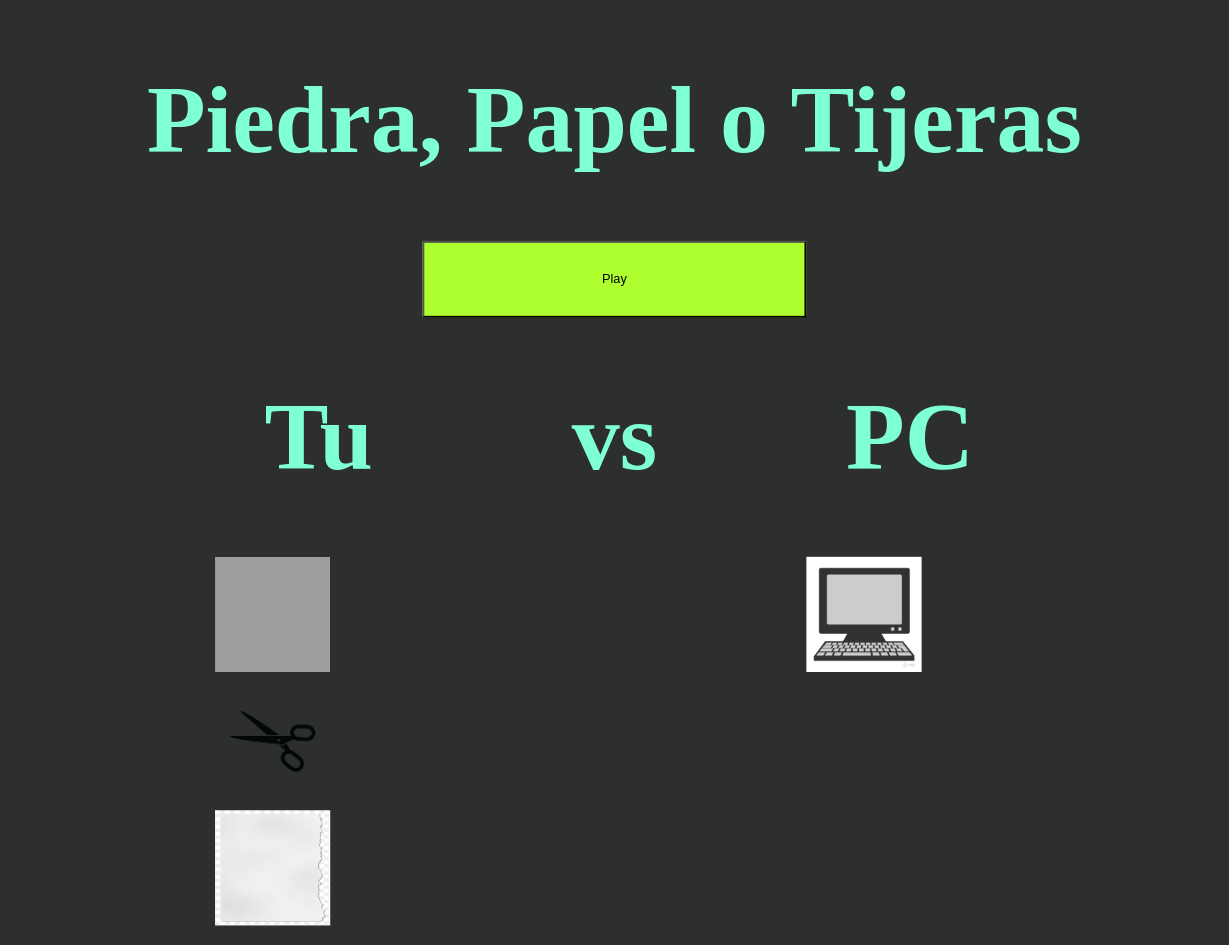
Repository: Kevin8548/FundamentosJS
Page: scissors.html
These files come from the project's save history. The page is drawn as it stood at one moment and after the next save; the edit follows.
The browser window is 1280 px wide. The pictures show the whole page, at 96% of full size.
Pictures or frames that could not be fetched are drawn as grey boxes.

Above is the page before, as saved 2024-09-23 13:29:37.

After the next save:
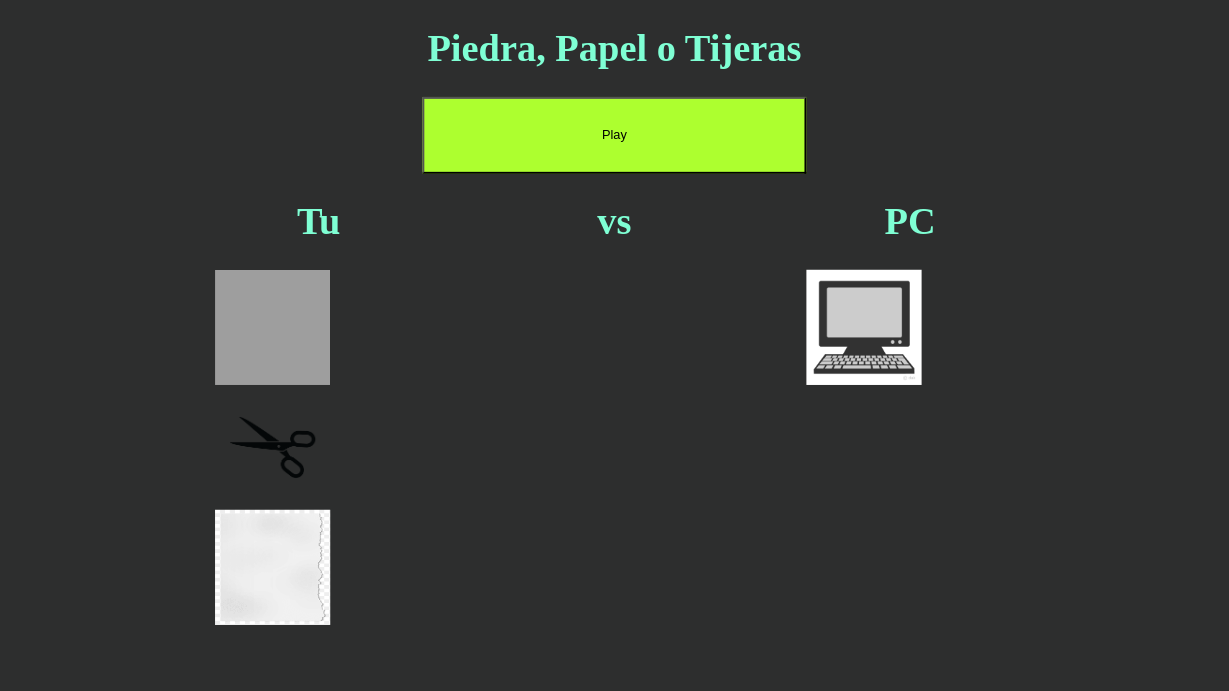
Saved 7 s later.
--- a/style.css
+++ b/style.css
@@ -25,7 +25,7 @@ cursor: pointer;
 body{
 background-color: rgb(45, 46, 46);
 color: aquamarine;
-font-size: 50px;
+font-size: 20px;
 }
 
 button {
